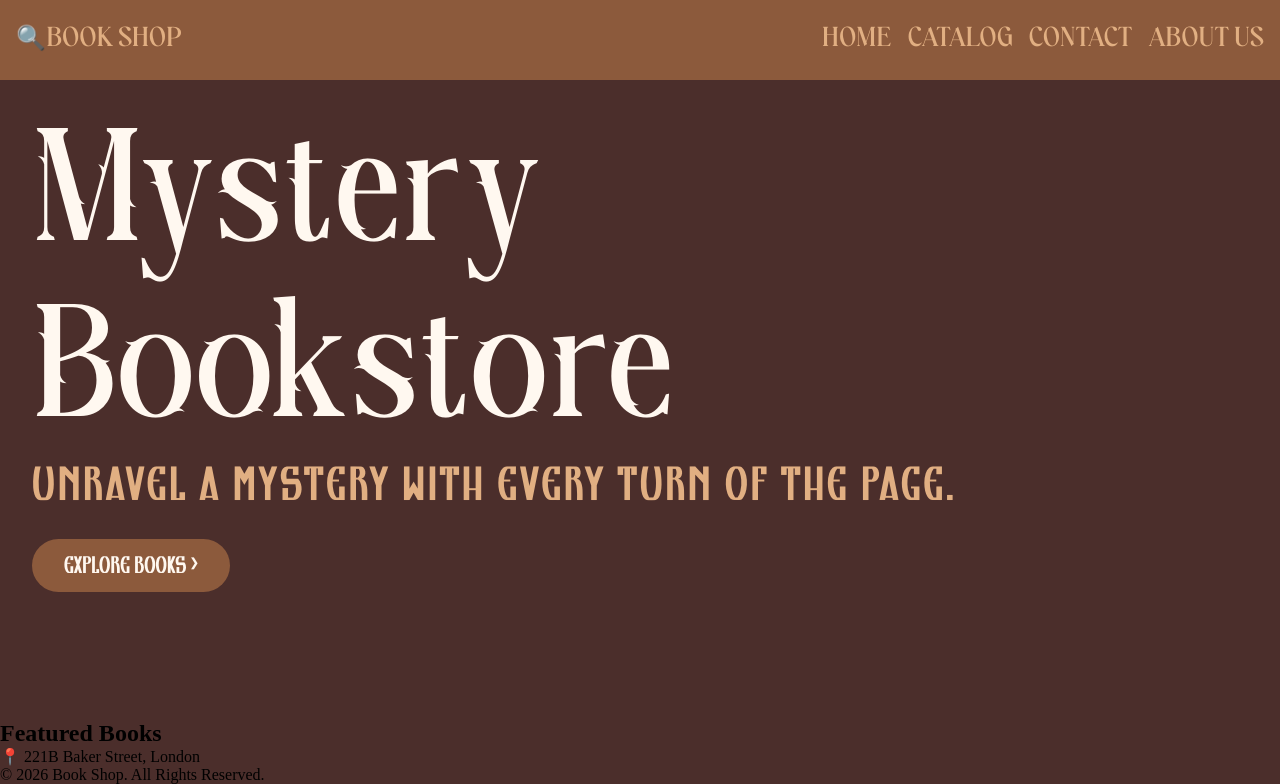
Repository: Nicholas0103/Book_Shop
Page: index.html
An editor plug-in stored every save of this project. The page is shown before and after the next save, followed by the edit.
The browser window is 1280 px wide. The pictures show the whole page.

Above is the page before, as saved 2026-07-18 13:59:30.

After the next save:
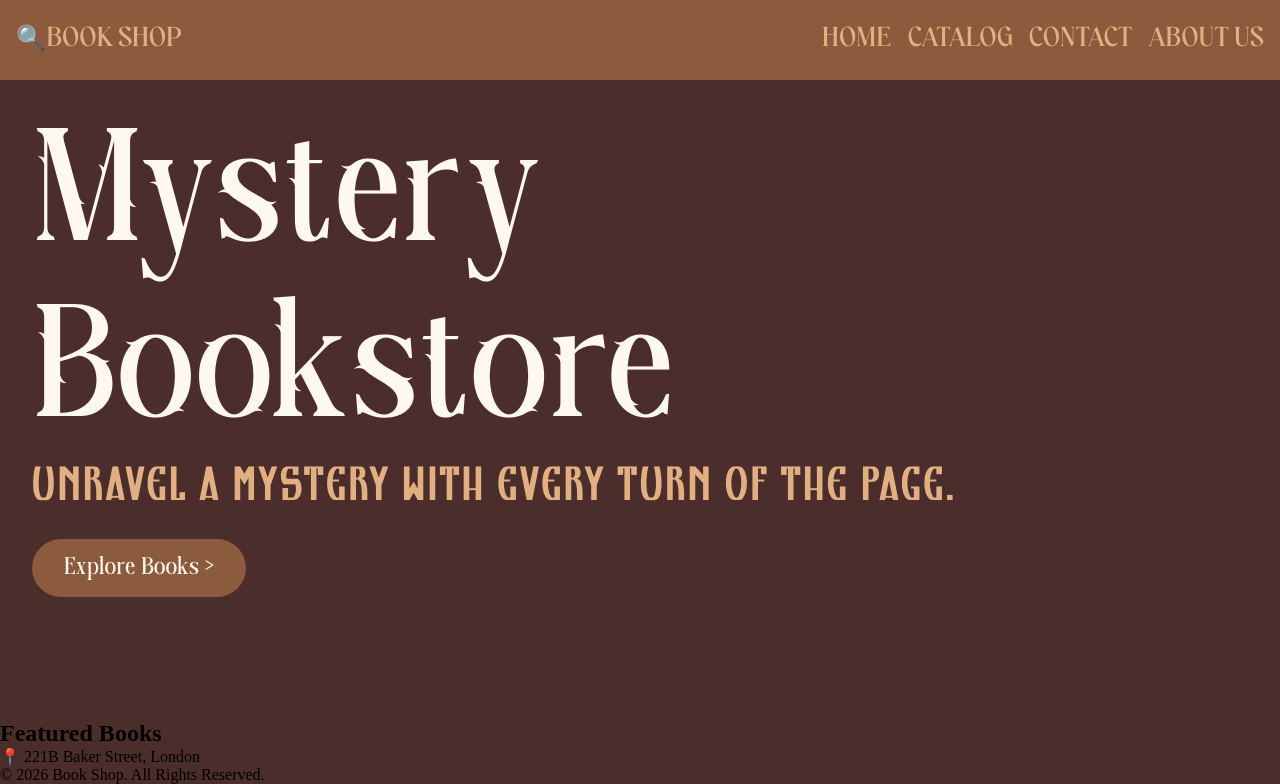
Saved 5 s later.
--- a/style.css
+++ b/style.css
@@ -138,6 +138,6 @@
     padding: 1rem 2rem;
     font-size: 1.5rem;
     margin-top: 2rem;
-    font-family: Kait;
+    font-family: Sins;
     display: inline-block;
 }
